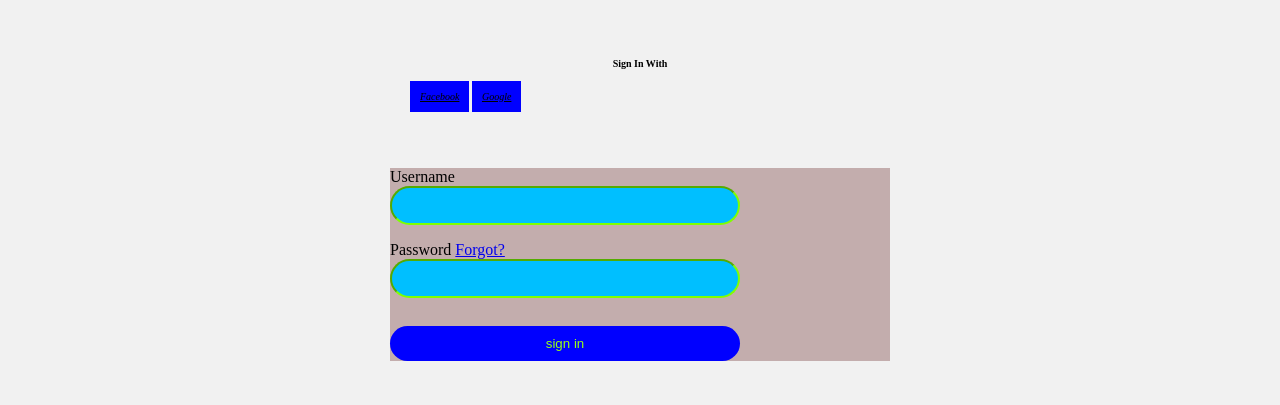
Repository: Tobby004/bdc-assignment-2
Page: index.html
An editor plug-in stored every save of this project. The page is shown before and after the next save, followed by the edit.
The browser window is 1280 px wide. The pictures show the whole page.

Above is the page before, as saved 2023-02-08 21:51:17.

After the next save:
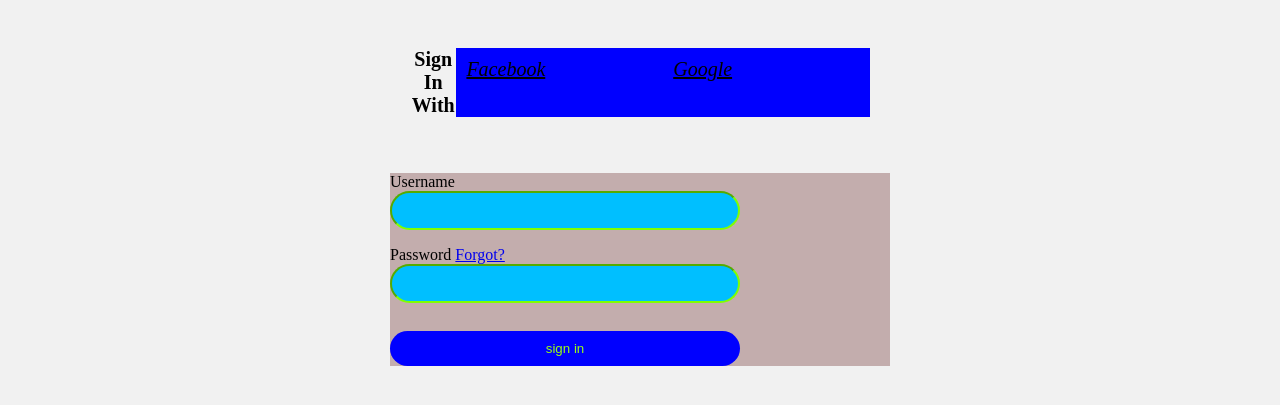
Saved 6 min 44 s later.
--- a/task.css
+++ b/task.css
@@ -16,19 +16,15 @@ header a {
     background: blue;
     color: black;
 }
-.flex-container {
-    margin:10px;
-    display: block;
-    padding: 20px;
-    font-size: 10px;
-    margin-left: auto;
-    margin-right: auto;
-}
+
+
 .flex-container div {
     max-width: 500px;
     padding: 10px;
+    display: block;
     font-size: medium;
-
+    margin-left: auto;
+    margin-right: auto;
 }
 header div {
     display: flex;
